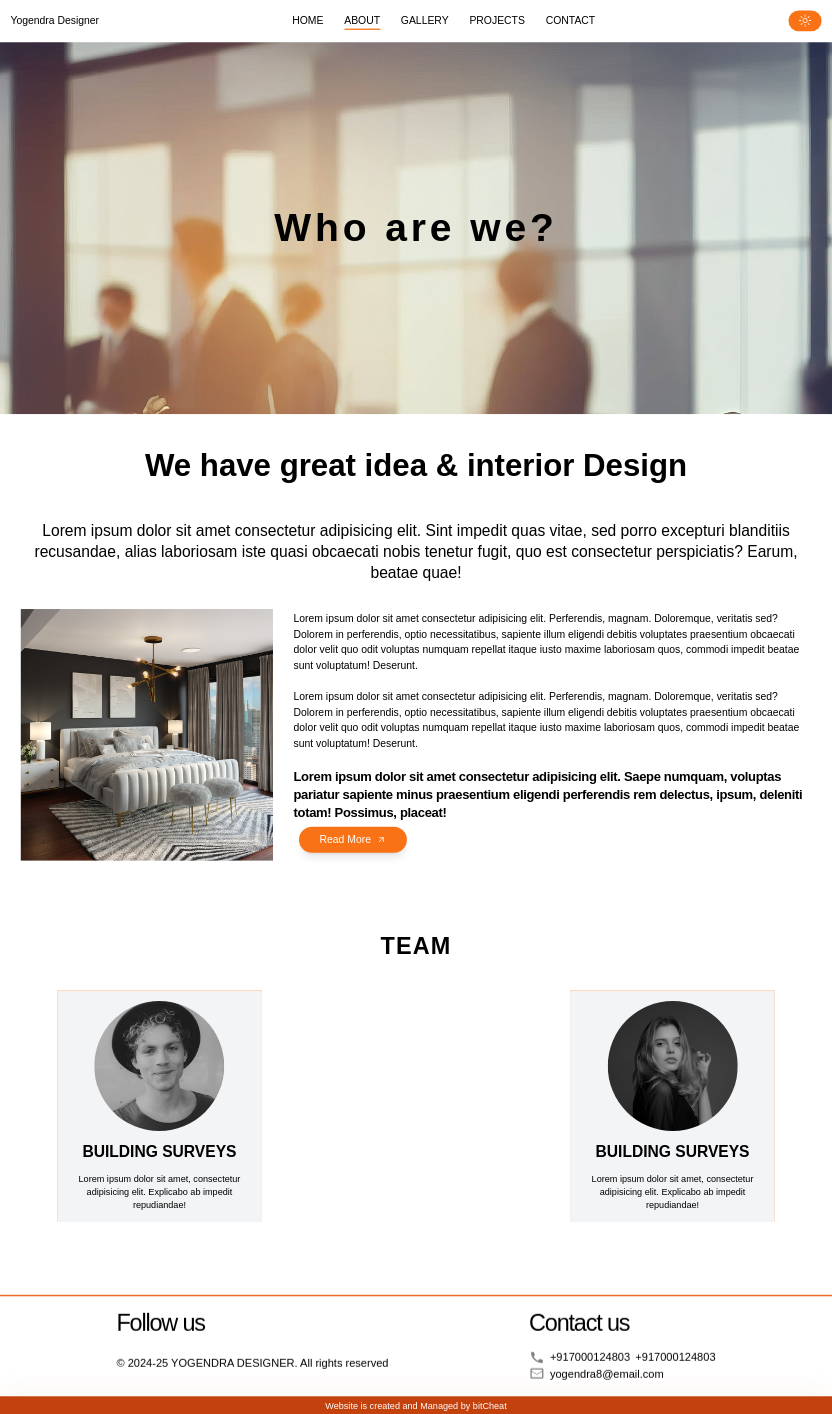
Repository: hitoutvrma/MB_designs-Interior-Designing-website
Page: /about
The author's editor kept a copy of each file at every save. The page is drawn from the files as they stood at one save, then again after the next save.
The browser window is 1280 px wide. The pictures show the whole page, at 65% of full size.
The project was rebuilt for these pictures with package versions that can differ from the ones it lists, and the page was loaded fresh each time. The framework's server and built-in components were replaced by stand-ins that run in the browser. Also part of the build but not shown: next.config.mjs.

Above is the page before, as saved 2024-09-17 07:33:32.

After the next save:
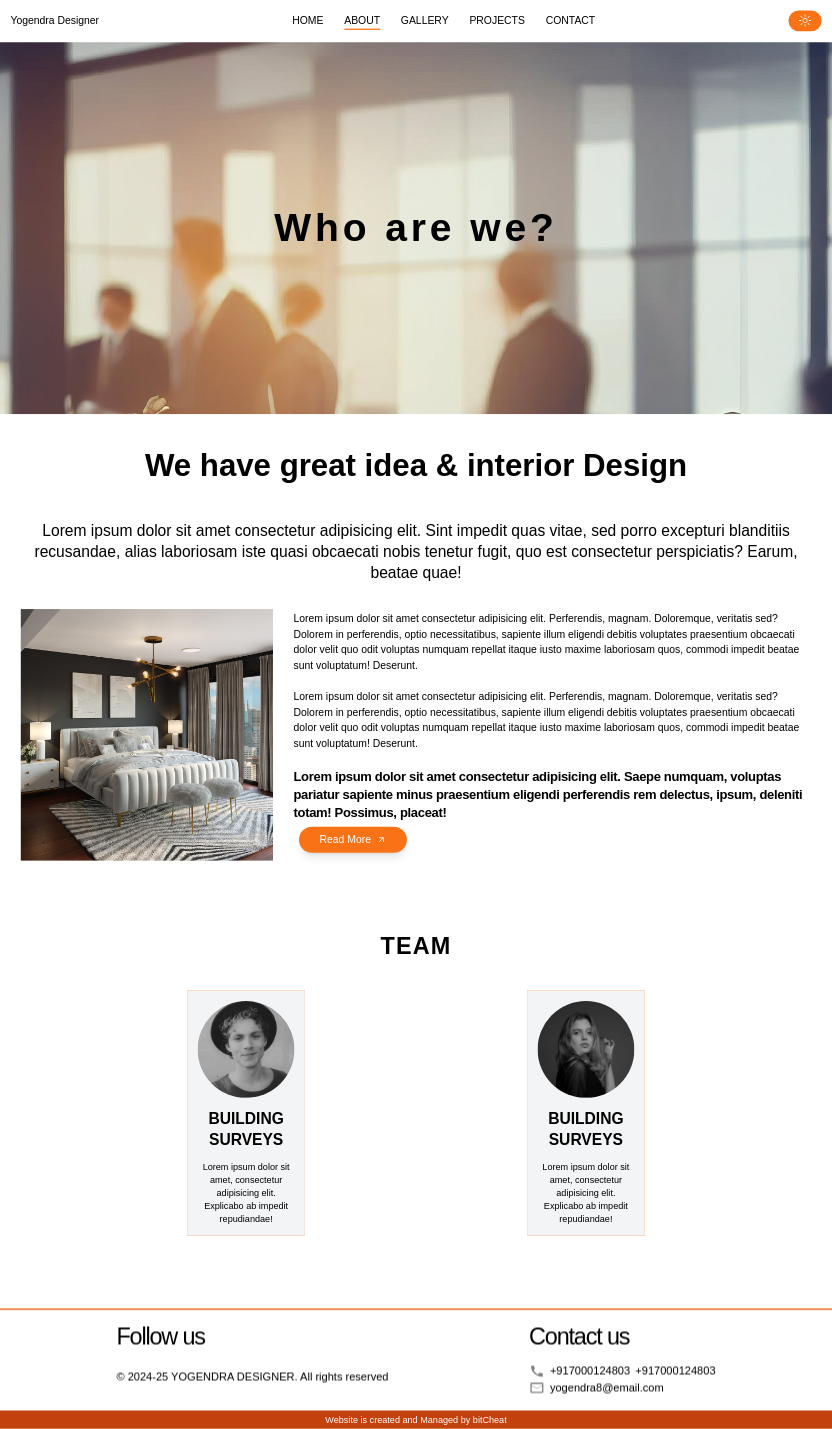
Saved 7 s later.
--- a/app/about/page.jsx
+++ b/app/about/page.jsx
@@ -42,7 +42,7 @@ const page = () => {
         <div className='pt-8 pb-4'>
           <h1 className='text-4xl font-bold tracking-wider text-center uppercase'>Team</h1>
         </div>
-        <div className='grid py-8 gap-20 lg:mx-14 lg:grid-cols-3'>
+        <div className='grid py-8 gap-20 lg:mx-[20vw] lg:grid-cols-3'>
           <div className='border-2 border-primary'>
             <div className='p-4 text-center bg-gray-100 aspect-square dark:bg-slate-600 -m-0.5 transition hover:-translate-y-3 hover:-translate-x-3'>
               <Image src="/image/profile2.jpg" width={200} height={200} alt='' className='mx-auto rounded-full'/>
